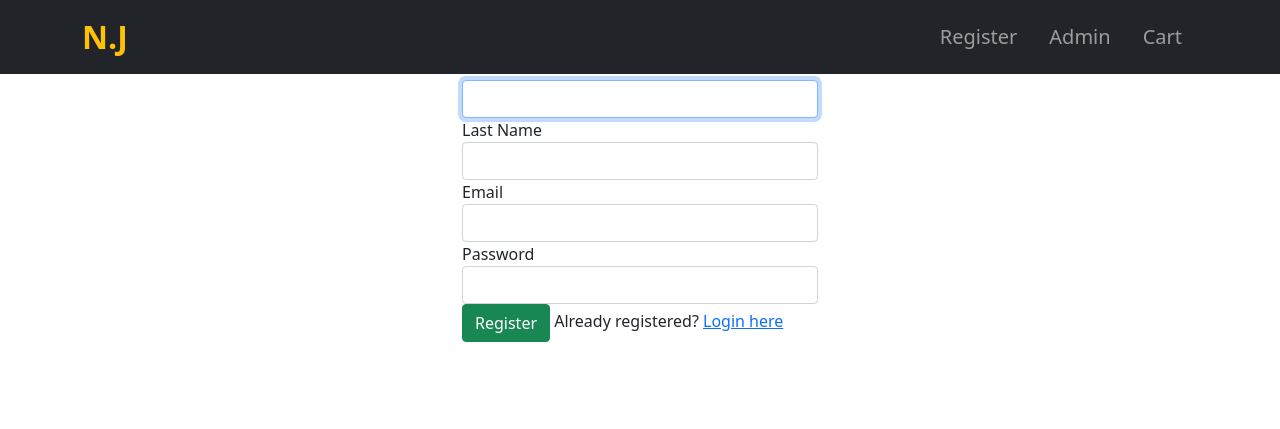
Repository: Niks4u2/SportyShoes
Page: http://localhost/registration
The author's editor kept a copy of each file at every save. The page is drawn from the files as they stood at one save, then again after the next save.
The browser window is 1280 px wide. The pictures show the whole page.
Some web libraries are served in a nearby version. The page is this project's Thymeleaf template; nobody is signed in. The template is opened directly, without the code that normally fills it, so the values that code supplies are empty.

Above is the page before, as saved 2021-11-07 17:38:58.

After the next save:
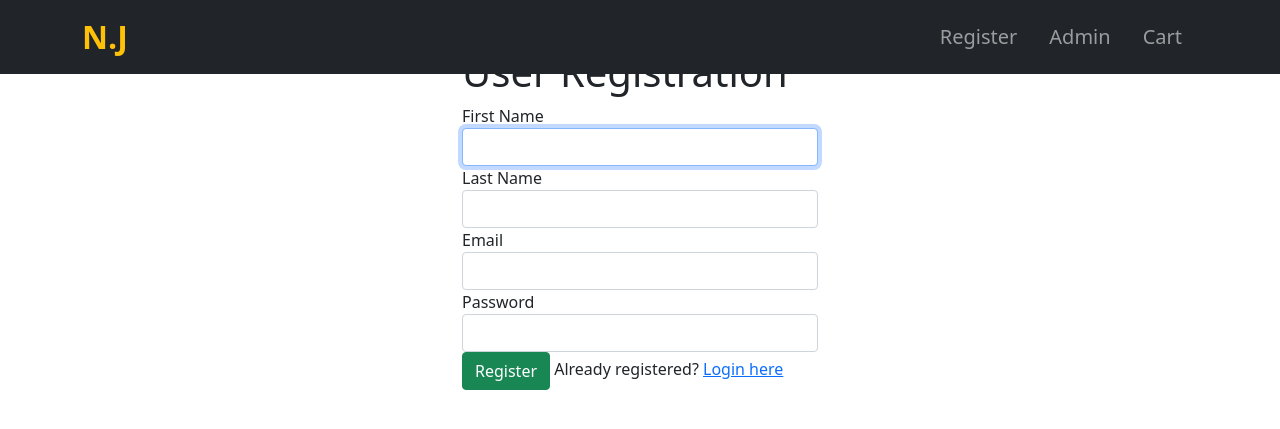
Saved 106 s later.
--- a/Source Code/sporty-shoes/src/main/resources/templates/registration.html
+++ b/Source Code/sporty-shoes/src/main/resources/templates/registration.html
@@ -10,12 +10,6 @@
         integrity="sha384-MrcW6ZMFYlzcLA8Nl+NtUVF0sA7MsXsP1UyJoMp4YLEuNSfAP+JcXn/tWtIaxVXM"
         crossorigin="anonymous"></script>
     <script src="https://kit.fontawesome.com/92e9dde9ec.js" crossorigin="anonymous"></script>
-    <style>
-        html {
-      padding-top: 152px;
-  margin-top: -152px;
-    }
-    </style>
 </head>
 <body>
     <!-- Navbar -->
@@ -40,6 +34,8 @@
             </div>
         </div>
     </nav>
+    <br>
+    <br>
 	<!-- Create HTML registration form -->
 	<div class="container">
 		<div class="row">
